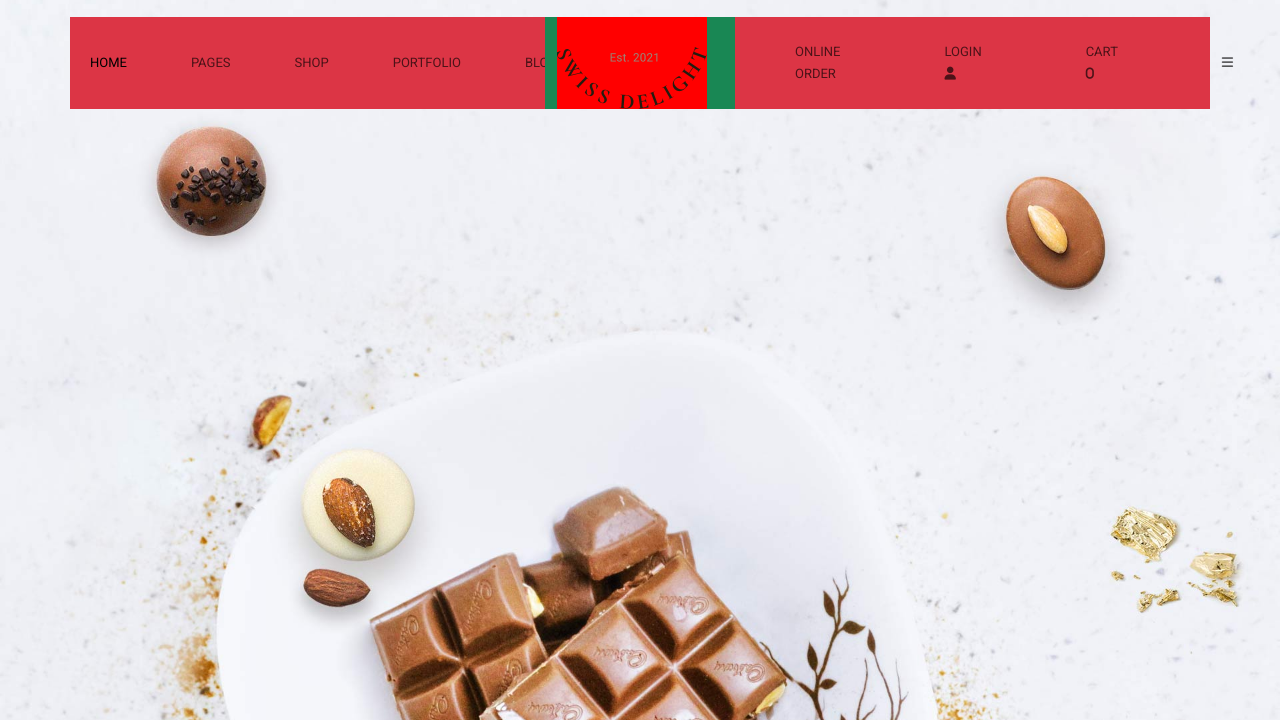
Repository: HadelAbdellatif/Project1
Page: index.html
The author's editor kept a copy of each file at every save. The page is drawn from the files as they stood at one save, then again after the next save.
The browser window is 1280 px wide. The pictures show the whole page.

Above is the page before, as saved 2023-10-13 22:33:26.
Console error: TypeError: Cannot read properties of null (reading 'addEventListener')

### index.html
<!doctype html>
<html lang="en">

<head>
  <meta charset="utf-8">
  <meta name="viewport" content="width=device-width, initial-scale=1">
  <title>Bootstrap demo</title>

  <!-- Bootsrap 5.3 -->
  <link href="assets/css/bootstrap.min.css" rel="stylesheet">


  <!-- fontawesome 6.4 -->
  <link href="assets/css/all.min.css" rel="stylesheet">

  <!-- Custom css -->
  <link href="assets/css/style.css" rel="stylesheet">

  <!-- Media -->
  <link href="assets/css/media.css" rel="stylesheet">


</head>

<body>

  <!-- Start Navbar -->

  <nav class="navbar navbar-expand-lg bg-transparent fixed-top">
    <div class="container bg-danger ">
      <div class="collapse navbar-collapse" id="navbarSupportedContent">

        <div class="row d-flex">
          <div class="col-md-5 d-flex">
            <ul class="navbar-nav mb-2 mb-lg-0 gap-5 justify-content-center align-items-center">
              <li class="nav-item">
                <a class="nav-link active" aria-current="page" href="#home">HOME</a>
              </li>
              <li class="nav-item">
                <a class="nav-link" href="#pages">PAGES</a>
              </li>
              <li class="nav-item">
                <a class="nav-link" href="#shop">SHOP</a>
              </li>
              <li class="nav-item">
                <a class="nav-link" href="#portfolio">PORTFOLIO</a>
              </li>
              <li class="nav-item">
                <a class="nav-link pe-3" href="#blog">BLOG</a>
              </li>
            </ul>
          </div>

          <div class="col-md-2 bg-success pt-0">
            <a class="nav-item">
              <img src="assets/img/logo-swiss-1.png" width="150px" height="92px" class="ps-0 img-fluid" alt="Logo" />
            </a>
          </div>

          <div class="col-md-5 d-flex">
            <ul class="navbar-nav ms-auto mb-2 mb-lg-0 gap-5 justify-content-center align-items-center">
              <li class="nav-item">
                <a class="nav-link ps-5" href="#onlineOrder">ONLINE ORDER</a>
              </li>
              <li class="nav-item">
                <a class="nav-link ps-5" href="#login">
                  <span>LOGIN</span>
                  <i class="fa-solid fa-user"></i>
                </a>
              </li>
              <li class="nav-item">
                <a class="nav-link ps-5" href="#cart">
                  <span>CART</span>
                  <i class="fa-solid fa-0"></i>
                </a>
              </li>
              <li class="nav-item">
                <a class="nav-link ps-5" href="#more"><i class="fa-solid fa-bars"></i></a>
              </li>
            </ul>
          </div>

        </div>

      </div>
    </div>
  </nav>

  <!-- End of Navbar -->

  <!-- Start header section -->

  <header class="vh-100">

  </header>

  <!-- End header section -->




  <!-- Bootstrap 5.3 -->
  <script src="assets/js/bootstrap.bundle.min.js"></script>

  <!-- Java Script -->
  <script src="assets/JavaScript/JavaScript.js"></script>
</body>

</html>

### assets/css/style.css
/* font-family: 'Heebo', sans-serif; */
@import url('https://fonts.googleapis.com/css2?family=Heebo&display=swap');

/* font-family: 'Cormorant', serif; */
@import url('https://fonts.googleapis.com/css2?family=Cormorant:ital,wght@0,300;1,300&family=Heebo&display=swap');

/* main color */
:root{
    --main-color: #241c10;
}

.bg-main-color{
    background-color: #988779;
}

.text-main-color{
    color: var(--main-color);
}

.border-main-color{
    border-color: var(--main-color)  !important;
}

/* Start Navbar */

.navbar{
    font-family: 'Heebo', sans-serif;
    font-weight: 400;
    font-size: 13px;
    line-height: 22px;
    color: var(--main-color);
    height: 125px;
}

.navbar img{
    padding-top: -10px;
    background-color: red !important;
}


/* End Navbar */

/* Start header */

header{
    background-image: url('../img/h1-rev-img1-2.jpg');
    background-size: cover;
    background-repeat: no-repeat;
    background-position: center;
}

/* End header */

### assets/css/media.css
@media (max-width:991px){

    .nav-item{
        width: fit-content;
    }

}

@media (max-width:768px){

    .about .count{
        border: none !important;
    }

    .cv .download{
        text-align: center !important;
        margin-bottom: 2rem !important;
    }

    .cv .brands{
        justify-content: center !important;
    }
}


@media (max-width:568px){

    header{
        background-position-x:-235px;
    }

    .header-content{
        align-items: start !important;
    }

    h1{
        font-size: 45px;
    }

    .contact p, .contact form{
        width: 100% !important;
    }

}

### assets/JavaScript/JavaScript.js
// *************  Start Loading ************* //

const loading = document.querySelector('.loading');

window.addEventListener('load', function(){
     this.setTimeout(function(){
        loading.classList.add('opacity-0', 'invisible');
        document.body.style.overflow = 'auto';
     }, 2000)
})

// *************  End of Loading ************* //

// *************  Start scroll-to-top ************* //

const ScrollToTop = document.querySelector('.scroll-to-top');
const aboutSection = document.querySelector('.about');

ScrollToTop.addEventListener('click', function(){
    window.scroll({
        top:0,
        behavior:"smooth"
    })
})

// *************  End scroll-to-top ************* //

// *************  Start Navbar ************* //

const navbar = document.querySelector('.navbar');
const headerContenth = document.querySelector('.header-content h3');

navbar.style.transition = '0.4s background-color';

window.addEventListener('scroll', function(){
    if(window.scrollY > headerContenth.offsetTop){
         navbar.style.backgroundColor = "#fff";
    }
    else{
        navbar.style.backgroundColor = "transparent";
    }
    if(window.scrollY > aboutSection.offsetTop){
        ScrollToTop.classList.remove('opacity-0', 'invisible');
    }
    else{
        ScrollToTop.classList.add('opacity-0', 'invisible');
    }
})

// *************  End of Navbar ************* //

// *************  Start Links ************* //

const NavLinks = document.querySelectorAll('.nav-link');

for(let i=0 ; i<NavLinks.length ; i++){
    NavLinks[i].addEventListener('click', function(e){
        e.preventDefault();

        document.querySelector('.nav-link.active').classList.remove('active');

       // for(let j=0 ; j<NavLinks.length ; j++){
        //    NavLinks[j].classList.remove('active');
       // }

        NavLinks[i].classList.add('active');
        let currentID = this.getAttribute('href');
        let targerSection = document.querySelector(currentID);
        window.scroll({
            top:targerSection.offsetTop,
            behavior:"smooth"
        })
    })
}

// *************  End of Links ************* //

Loaded but not shown: assets/css/bootstrap.min.css (library); assets/css/all.min.css (library); assets/js/bootstrap.bundle.min.js (library)

After the next save:
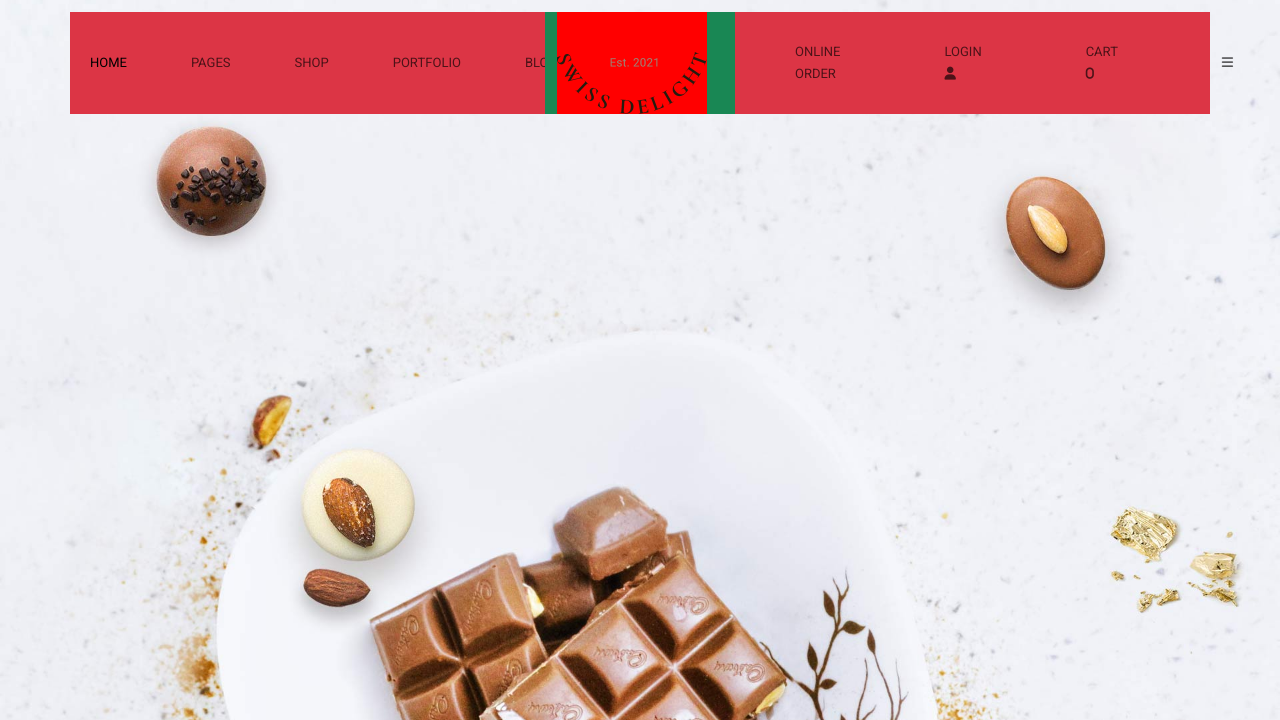
Saved 7 s later.
--- a/assets/css/style.css
+++ b/assets/css/style.css
@@ -33,7 +33,7 @@
 }
 
 .navbar img{
-    padding-top: -10px;
+    padding-top: 10px;
     background-color: red !important;
 }
 

After the save that followed:
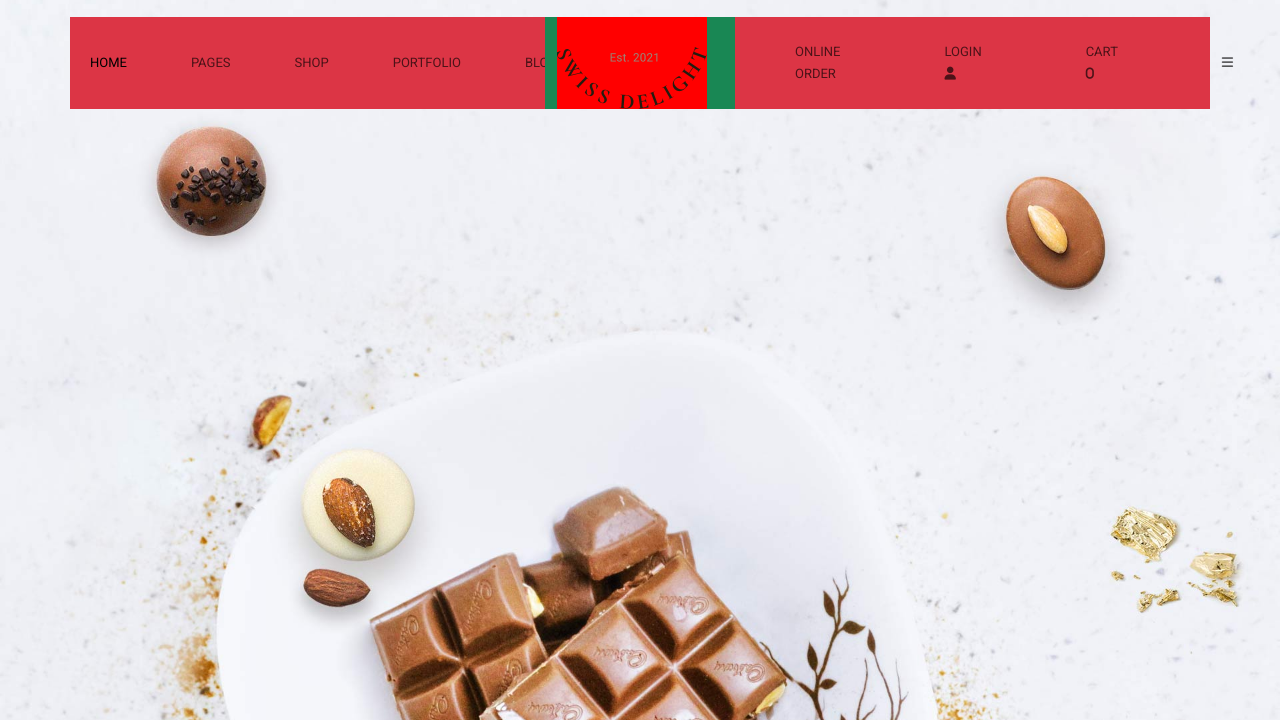
Saved 4 s later.
--- a/assets/css/style.css
+++ b/assets/css/style.css
@@ -33,7 +33,7 @@
 }
 
 .navbar img{
-    padding-top: 10px;
+    padding-top: -10px;
     background-color: red !important;
 }
 
